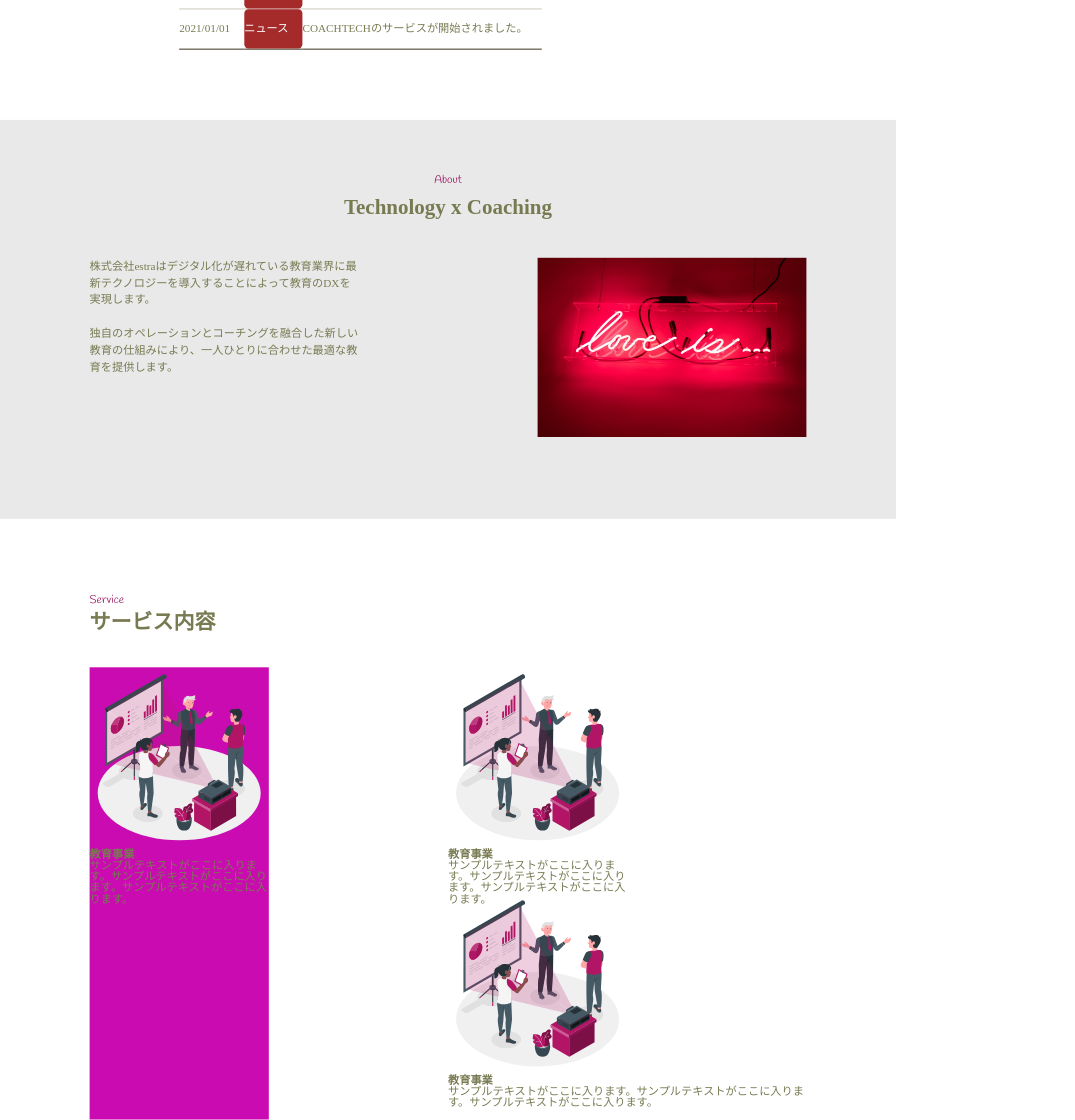
Repository: masanarimiura/20220504miura
Page: index.html
The author's editor kept a copy of each file at every save. The page is drawn from the files as they stood at one save, then again after a run of saves.
The browser window is 1280 px wide. The page is 1536 px wide, so the pictures cover 1536 px, including what lies to the right of the window. The pictures show the part of the page from y = 965 to 2565 px (the page is 2565 px tall), at 70% of full size.
Some web fonts or font styles are not loaded; a fallback is used.

Above is the page before, as saved 2022-05-04 21:56:14.

### index.html
<!DOCTYPE html>
<html lang="ja">

<head>
  <meta charset="UTF-8">
  <meta http-equiv="X-UA-Compatible" content="IE=edge">
  <meta name="viewport" content="width=device-width, initial-scale=1.0">
  <title>20220504miura</title>
  <link rel="stylesheet" href="css/reset.css">
  <link rel="stylesheet" href="css/style.css">
  <link rel="preconnect" href="https://fonts.googleapis.com">
  <link rel="preconnect" href="https://fonts.gstatic.com" crossorigin>
  <link href="https://fonts.googleapis.com/css2?family=Gochi+Hand&display=swap" rel="stylesheet">
  <link rel="preconnect" href="https://fonts.googleapis.com">
  <link rel="preconnect" href="https://fonts.gstatic.com" crossorigin>
  <link href="https://fonts.googleapis.com/css2?family=Handlee&display=swap" rel="stylesheet">
</head>

<header class="header">
  <div class="header-inner">
    <div class="header-logo">
      <a href="">ssssssss
        <img src="img/estra_logo.png" alt="">
      </a>
    </div>
    <nav class="header-nav">
      <ul class="header-nav-list">
        <li class="header-nav-item"><a href="" class="header-nav-link">
            News
          </a></li>
        <li class="header-nav-item"><a href="" class="header-nav-link">
            About
          </a></li>
        <li class="header-nav-item"><a href="" class="header-nav-link">
            Service
          </a></li>
        <li class="header-nav-item"><a href="" class="header-nav-link">
            Blog
          </a></li>
        <li class="header-nav-item"><a href="" class="header-nav-link">
            Company
          </a></li>
        <li class="header-nav-item"><a href="" class="header-nav-link">
            Contact
          </a></li>
      </ul>
    </nav>
  </div>
</header>
<div class="firstview">
  <img src="img/firstview.jpg" alt="">
  <div class="firstview-inner">
    <h2 class="firstview-ttl">
      Commit to the <span class="firstview-text-emphasis">growth</span> <br>for everone
    </h2>
    <div class="firstview">
      <p class="firstview-text">
        全ての人の<span class="firstview-text-emphasis">成長</span>にコミットする
      </p>
      <p class="firstview-en">
        Educational Technology Company <br>estra inc 2019
      </p>
    </div>
  </div>
</div>
<div class="news">
  <p class="news-icon icon">News</p>
  <h2 class="news-ttl">新着情報
  </h2>
  <table class="news-table">
    <tr class="news-table-tr">
      <td class="news-table-date">2021/01/01</td>
      <td class="news-table-news">ニュース</td>
      <td class="news-table-text">COACHTECHのサービスが開始されました。</td>
    </tr>
    <tr class="news-table-tr">
      <td class="news-table-date">2021/01/01</td>
      <td class="news-table-news">ニュース</td>
      <td class="news-table-text">COACHTECHのサービスが開始されました。</td>
    </tr>
    <tr class="news-table-tr">
      <td class="news-table-date">2021/01/01</td>
      <td class="news-table-news">ニュース</td>
      <td class="news-table-text">COACHTECHのサービスが開始されました。</td>
    </tr>
    <tr class="news-table-tr">
      <td class="news-table-date">2021/01/01</td>
      <td class="news-table-news">ニュース</td>
      <td class="news-table-text">COACHTECHのサービスが開始されました。</td>
    </tr>
    <tr class="news-table-tr">
      <td class="news-table-date">2021/01/01</td>
      <td class="news-table-news">ニュース</td>
      <td class="news-table-text">COACHTECHのサービスが開始されました。</td>
    </tr>
  </table>
</div>
<div class="about">
  <div class="about-top">
    <div class="about-icon icon">About</div>
    <h2 class="about-ttl">Technology x Coaching</h2>
  </div>
  <div class="about-inner">
    <div class="about-text">
      <p class="about-text-content">
        株式会社estraはデジタル化が遅れている教育業界に最新テクノロジーを導入することによって教育のDXを実現します。　<br><br>
        独自のオペレーションとコーチングを融合した新しい教育の仕組みにより、一人ひとりに合わせた最適な教育を提供します。
      </p>
    </div>
    <img src="img/about.jpg" alt="">
  </div>
</div>
<div class="service">
  <div class="service-top">
    <div class="service-icon icon">Service</div>
    <h2 class="service-ttl">サービス内容</h2>
  </div>
  <div class="service-box">
    <div class="service-box1">
      <img src="img/service__first.svg" alt="" class="service-img">
      <h3 class="service-box-ttl1">教育事業</h3>
      <p class="service-box-text1">サンプルテキストがここに入ります。サンプルテキストがここに入ります。サンプルテキストがここに入ります。</p>
    </div>
    <div class="service-box2">
      <img src="img/service__first.svg" alt="" class="service-img">
      <h3 class="service-box-ttl2">教育事業</h3>
      <p class="service-box-text2">サンプルテキストがここに入ります。サンプルテキストがここに入ります。サンプルテキストがここに入ります。</p>
    </div>
    <div class="service-box3">
      <img src="img/service__first.svg" alt="" class="service-img">
      <h3 class="service-box-ttl3">教育事業</h3>
      <p class="service-box-text3">サンプルテキストがここに入ります。サンプルテキストがここに入ります。サンプルテキストがここに入ります。</p>
    </div>
  </div>
</div>

<body>

</body>

</html>

### css/style.css
* {
  color: rgb(120, 123, 82);
}
a {
  text-decoration: none;
  color: inherit;
}
.header {
  width: 100%;
}
.header-inner {
  display: flex;
  justify-content: space-between;
  margin: 10px 20px;
}
.header img {
  width: 100px;
}
.header-nav {
  margin: 10px 20px;
}
.header-nav-list {
  display: flex;
  justify-content: center;
}
.header-nav-item:not(:last-child) {
  padding-right: 20px;
}
.firstview {
  width: 100%;
  position: relative;
}
.firstview-inner {
  position: absolute;
  top: 20%;
  left: 20%;
  width: 100%;
}
.firstview img {
  width: 60%;
  margin: 0 0 0 auto;
  display: block;
}
.firstview-ttl {
  color: rgb(119, 21, 70);
  font-size: 50px;
  font-family: "Gochi Hand", cursive;
  line-height: 1.5;
}
.firstview-text {
  color: rgb(119, 21, 70);
  font-size: 20px;
  margin-top: 30px;
}
.firstview-en {
  line-height: 1.5;
  margin-top: 10px;
}
.firstview-text-emphasis {
  color: rgb(32, 134, 172);
  font-weight: bold;
}
.news {
  margin: 100px auto 0;
  width: 60%;
}
.icon {
  color: rgb(153, 21, 92);
  font-family: "Handlee", cursive;
  line-height: 2;
}
.news-ttl {
  font-size: 30px;
  color: rgb(114, 110, 95);
}
.news-table {
  align-items: center;
  border-top: 2px solid rgb(114, 110, 95);
  border-bottom: 2px solid rgb(114, 110, 95);
  margin-top: 20px;
}
.news-table-tr {
  border-bottom: 1px solid rgb(182, 177, 160);
  padding: 30px 0;
}
.news-table-tr td {
  padding: 20px 20px 20px 0;
}
.news-table-news {
  background-color: brown;
  display: inline-block;
  padding: 1px 1px;
  border-radius: 6px;
  margin: 0 0;
  text-align: center;
  align-items: center;
  color: #fff;
}
.about {
  width: 100%;
  background-color: rgb(233, 233, 233);
  margin-top: 100px;
  line-height: 1.5;
  height: 500px;
  padding: 50px 0 20px;
}
.about-top {
  text-align: center;
  margin: 20px;
}
.about-ttl {
  font-size: 30px;
  margin-bottom: 50px;
}
.about-inner {
  display: flex;
  justify-content: space-around;
}
.about-text {
  width: 30%;
}
.about-inner img {
  width: 30%;
}
.service {
  width: 80%;
  margin: 100px auto 0;
}
.service-top {
  margin-bottom: 50px;
}
.service-ttl {
  font-size: 30px;
}
.service-box {
  display: grid;
  grid-template-rows: 50% 50%;
  grid-template-columns: 50% 50%;
}
.service-box1,
.service-box2,
.service-box3 img {
  width: 50%;
}
.service-box1 {
  grid-column: 1/2;
  grid-row: 1/3;
  background-color: rgb(202, 11, 177);
}
.service-box2 {
  grid-column: 2/3;
  grid-row: 1/2;
}
.service-box3 {
  grid-column: 2/3;
  grid-row: 2/3;
}

Loaded but not shown: css/reset.css (common file)

After the next 4 saves:
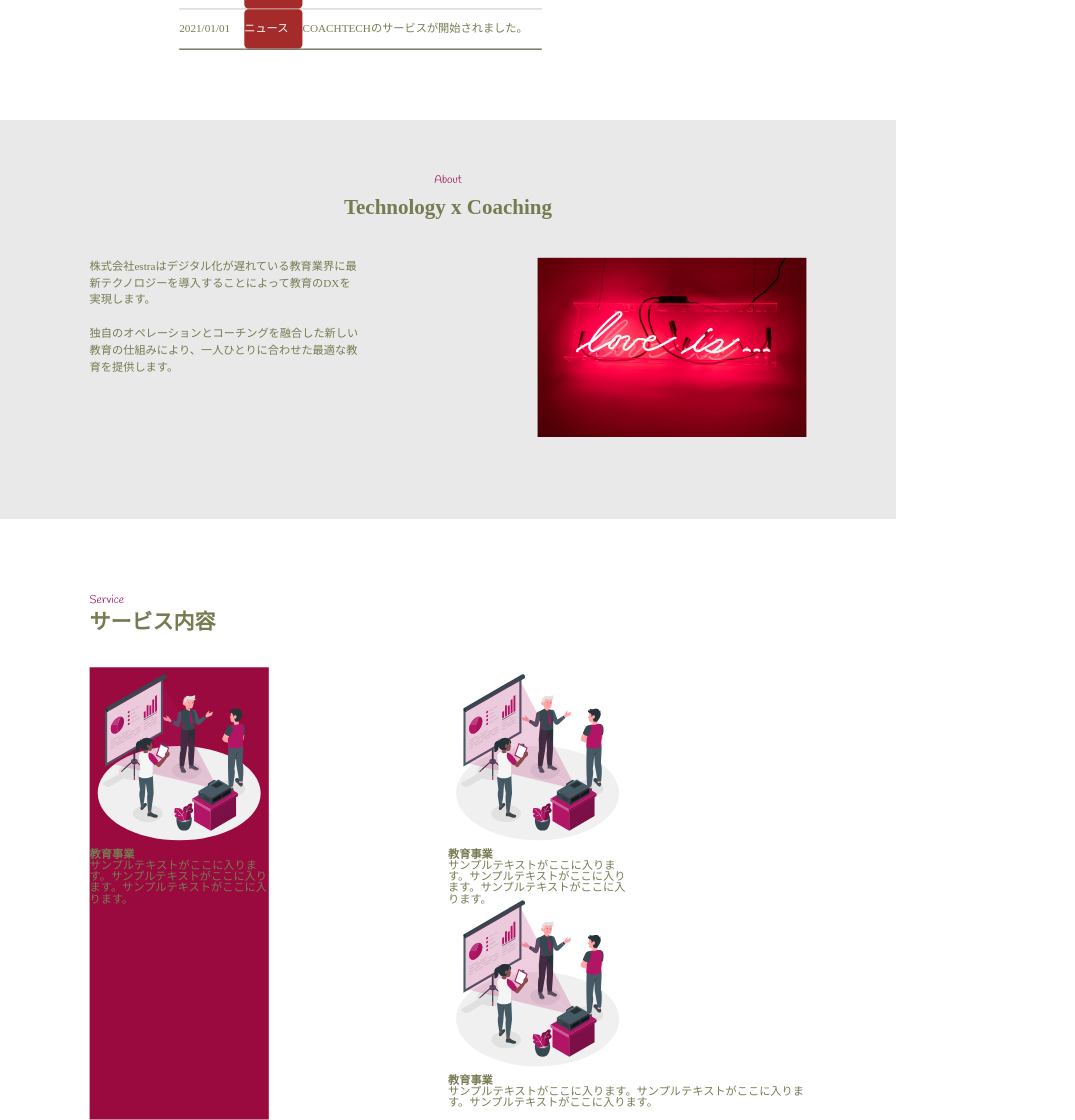
The 4 saves are shown as one change because they came seconds apart.
The last was saved 32 s later.
--- a/css/style.css
+++ b/css/style.css
@@ -145,7 +145,7 @@ a {
 .service-box1 {
   grid-column: 1/2;
   grid-row: 1/3;
-  background-color: rgb(202, 11, 177);
+  background-color: rgb(155, 10, 63);
 }
 .service-box2 {
   grid-column: 2/3;
